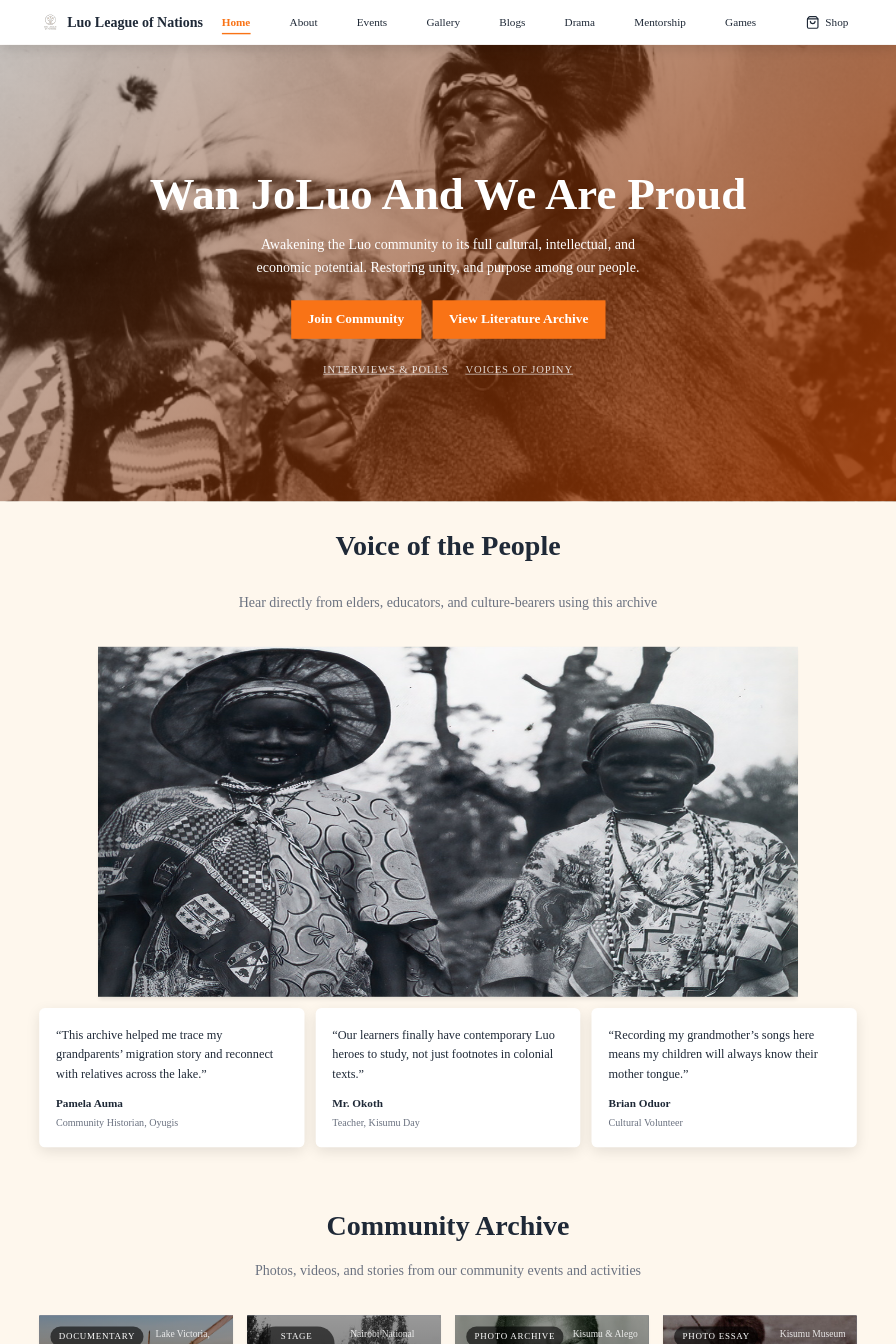
Repository: ianfranko/luo-community-history
Page: /
These files come from the project's save history. The page is drawn as it stood at one moment and after the next save; the edit follows.
The browser window is 1280 px wide. The pictures show the part of the page from y = 0 to 1920 px (the page is 4004 px tall before and 3999 px after), at 70% of full size.
The project was rebuilt for these pictures with package versions that can differ from the ones it lists, and the page was loaded fresh each time. The framework's server and built-in components were replaced by stand-ins that run in the browser. Also part of the build but not shown: next.config.ts.

Above is the page before, as saved 2025-11-23 07:19:10.

### src/app/layout.tsx
import type { Metadata } from "next";
import { Geist, Geist_Mono } from "next/font/google";
import "./globals.css";
import Layout from "@/components/Layout";

const geistSans = Geist({
  variable: "--font-geist-sans",
  subsets: ["latin"],
});

const geistMono = Geist_Mono({
  variable: "--font-geist-mono",
  subsets: ["latin"],
});

export const metadata: Metadata = {
  title: "Luo League of Nations",
  description: "Preserving and sharing the rich cultural heritage and history of the Luo people",
  icons: {
    icon: "/LLNLOGO.svg",
    shortcut: "/LLNLOGO.svg",
    apple: "/LLNLOGO.svg",
  },
};

export default function RootLayout({
  children,
}: Readonly<{
  children: React.ReactNode;
}>) {
  return (
    <html lang="en">
      <body
        className={`${geistSans.variable} ${geistMono.variable} antialiased`}
      >
        <Layout>{children}</Layout>
      </body>
    </html>
  );
}

### src/app/globals.css
/* Reset and base styles */
* {
  margin: 0;
  padding: 0;
  box-sizing: border-box;
}

:root {
  --primary-color: #f97316;
  --secondary-color: #eab308;
  --accent-color: #ea580c;
  --text-dark: #1f2937;
  --text-light: #6b7280;
  --bg-light: #fef7ed;
  --bg-white: #ffffff;
  --border-color: #e5e7eb;
  --shadow: 0 4px 6px -1px rgba(0, 0, 0, 0.1);
  --shadow-lg: 0 10px 15px -3px rgba(0, 0, 0, 0.1);
  --font-sans: var(--font-geist-sans), system-ui, -apple-system, sans-serif;
  --font-mono: var(--font-geist-mono), 'Courier New', monospace;

  /* New Colors */
  --forest-green: #2E7D32;
  --lake-blue: #0277BD;
  --cream: #F5F5DC;
}

body {
  font-family: var(--font-sans);
  line-height: 1.6;
  color: var(--text-dark);
  background-color: var(--bg-light);
}

/* Utility classes */
.container {
  max-width: 1200px;
  margin: 0 auto;
  padding: 0 1rem;
}

.flex {
  display: flex;
}

.flex-col {
  flex-direction: column;
}

.items-center {
  align-items: center;
}

.justify-center {
  justify-content: center;
}

.justify-between {
  justify-content: space-between;
}

.text-center {
  text-align: center;
}

.grid {
  display: grid;
}

.grid-cols-1 {
  grid-template-columns: repeat(1, minmax(0, 1fr));
}

.grid-cols-2 {
  grid-template-columns: repeat(2, minmax(0, 1fr));
}

.grid-cols-3 {
  grid-template-columns: repeat(3, minmax(0, 1fr));
}

.gap-2 {
  gap: 0.5rem;
}

.gap-4 {
  gap: 1rem;
}

.gap-6 {
  gap: 1.5rem;
}

.gap-8 {
  gap: 2rem;
}

.space-y-4 > * + * {
  margin-top: 1rem;
}

.space-y-6 > * + * {
  margin-top: 1.5rem;
}

.space-y-8 > * + * {
  margin-top: 2rem;
}

/* Typography */
.text-sm {
  font-size: 0.875rem;
}

.text-base {
  font-size: 1rem;
}

.text-lg {
  font-size: 1.125rem;
}

.text-xl {
  font-size: 1.25rem;
}

.text-2xl {
  font-size: 1.5rem;
}

.text-3xl {
  font-size: 1.875rem;
}

.text-4xl {
  font-size: 2.25rem;
}

.text-5xl {
  font-size: 11rem;
}

.font-semibold {
  font-weight: 600;
}

.font-bold {
  font-weight: 700;
}

/* Colors */
.text-primary {
  color: var(--primary-color);
}

.text-secondary {
  color: var(--secondary-color);
}

.text-gray-600 {
  color: var(--text-light);
}

.text-gray-700 {
  color: #374151;
}

.text-gray-800 {
  color: #1f2937;
}

.text-white {
  color: white;
}

.bg-primary {
  background-color: var(--primary-color);
}

.bg-secondary {
  background-color: var(--secondary-color);
}

.bg-white {
  background-color: var(--bg-white);
}

.bg-gradient {
  background: linear-gradient(135deg, var(--primary-color), var(--secondary-color));
}

/* New Color Utilities */
.text-forest-green {
  color: var(--forest-green);
}

.text-lake-blue {
  color: var(--lake-blue);
}

.bg-forest-green {
  background-color: var(--forest-green);
}

.bg-lake-blue {
  background-color: var(--lake-blue);
}

.bg-cream {
  background-color: var(--cream);
}

.border-forest-green {
  border-color: var(--forest-green);
}

.border-lake-blue {
  border-color: var(--lake-blue);
}

/* Spacing */
.p-4 {
  padding: 1rem;
}

.p-6 {
  padding: 1.5rem;
}

.p-8 {
  padding: 2rem;
}

.py-4 {
  padding-top: 1rem;
  padding-bottom: 1rem;
}

.py-8 {
  padding-top: 2rem;
  padding-bottom: 2rem;
}

.py-12 {
  padding-top: 3rem;
  padding-bottom: 3rem;
}

.py-16 {
  padding-top: 4rem;
  padding-bottom: 4rem;
}

.px-4 {
  padding-left: 1rem;
  padding-right: 1rem;
}

.px-6 {
  padding-left: 1.5rem;
  padding-right: 1.5rem;
}

.m-4 {
  margin: 1rem;
}

.mb-4 {
  margin-bottom: 1rem;
}

.mb-6 {
  margin-bottom: 1.5rem;
}

.mb-8 {
  margin-bottom: 2rem;
}

.mt-8 {
  margin-top: 2rem;
}

/* Border and shadow */
.rounded {
  border-radius: 0.25rem;
}

.rounded-lg {
  border-radius: 0.5rem;
}

.rounded-xl {
  border-radius: 0.75rem;
}

.shadow {
  box-shadow: var(--shadow);
}

.shadow-lg {
  box-shadow: var(--shadow-lg);
}

.border {
  border: 1px solid var(--border-color);
}

/* Button styles */
.btn {
  display: inline-flex;
  align-items: center;
  justify-content: center;
  padding: 0.75rem 1.5rem;
  border-radius: 0rem;
  font-weight: 600;
  text-decoration: none;
  transition: all 0.2s ease;
  cursor: pointer;
  border: none;
}

.btn-primary {
  background-color: var(--primary-color);
  color: white;
}

.btn-primary:hover {
  background-color: var(--accent-color);
  transform: translateY(-1px);
}

.btn-secondary {
  background-color: var(--secondary-color);
  color: white;
}

.btn-secondary:hover {
  background-color: #ca8a04;
  transform: translateY(-1px);
}

.btn-outline {
  background-color: transparent;
  color: var(--primary-color);
  border: 2px solid var(--primary-color);
}

.btn-outline:hover {
  background-color: var(--primary-color);
  color: white;
}

/* Card styles */
.card {
  background-color: var(--bg-white);
  border-radius: 0rem;
  box-shadow: var(--shadow);
  overflow: hidden;
  transition: transform 0.2s ease, box-shadow 0.2s ease;
}

.card:hover {
  transform: translateY(-2px);
  box-shadow: var(--shadow-lg);
}

.card-body {
  padding: 1.5rem;
}

.card-title {
  font-size: 1.25rem;
  font-weight: 600;
  margin-bottom: 0.5rem;
}

.card-text {
  color: var(--text-light);
  line-height: 1.6;
}

/* Responsive design */
@media (min-width: 768px) {
  .md\:grid-cols-2 {
    grid-template-columns: repeat(2, minmax(0, 1fr));
  }

  .md\:grid-cols-3 {
    grid-template-columns: repeat(3, minmax(0, 1fr));
  }

  .md\:flex {
    display: flex;
  }

  .md\:flex-row {
    flex-direction: row;
  }

  .md\:justify-center {
    justify-content: center;
  }

  .md\:gap-4 {
    gap: 1rem;
  }

  .md\:flex-wrap {
    flex-wrap: wrap;
  }

  .md\:text-left {
    text-align: left;
  }

  .md\:px-6 {
    padding-left: 1.5rem;
    padding-right: 1.5rem;
  }

  .md\:py-16 {
    padding-top: 4rem;
    padding-bottom: 4rem;
  }
}

@media (min-width: 1024px) {
  .lg\:grid-cols-3 {
    grid-template-columns: repeat(3, minmax(0, 1fr));
  }

  .lg\:grid-cols-4 {
    grid-template-columns: repeat(4, minmax(0, 1fr));
  }

  .lg\:px-8 {
    padding-left: 2rem;
    padding-right: 2rem;
  }

  .lg\:py-20 {
    padding-top: 5rem;
    padding-bottom: 5rem;
  }
}

/* Hero section styles */
.hero {
  background: linear-gradient(135deg, rgba(51, 23, 3, 0.2), rgba(156, 56, 3, 0.9)),
              url('/COLLECTIE_TROPENMUSEUM_Luo_dansers_in_krijgskostuum_tijdens_de_Eldoret_Agricultural_Show_TMnr_20014318.jpg') center/cover no-repeat;
  color: white;
  font-size: larger;
  padding: 11rem 1rem; /* base padding for desktop */
  position: relative;
  overflow: hidden;
}

.hero::before {
  content: '';
  position: absolute;
  inset: 0;
  background:
    rgba(0, 0, 0, 0.85),
    url("data:[embedded picture, 296 characters]");
  background-size: cover;
  pointer-events: none;
  z-index: 1;
}

.hero > * {
  position: relative;
  z-index: 2;
}

.hero-content {
  position: relative;
  z-index: 1;
  max-width: 900px;
  margin: 0 auto;
  text-align: center;
}

/* Scalable heading and text */
.hero-content h1 {
  font-size: clamp(2rem, 5vw, 4rem);
  font-weight: 700;
  line-height: 1.2;
  margin-bottom: 1rem;
}

.hero-content p {
  font-size: clamp(1rem, 2.5vw, 1.25rem);
  line-height: 1.6;
  margin-bottom: 2rem;
}

/* Mobile-specific adjustments */
@media (max-width: 767px) {
  .hero {
    padding: 6rem 1rem;
  }

  .hero-content {
    text-align: center;
  }

  .hero-content h1 {
    font-size: clamp(1.5rem, 6vw, 3rem);
  }

  .hero-content p {
    font-size: clamp(0.9rem, 4vw, 1.1rem);
  }
}


/* Search styles */
.search-container {
  position: relative;
  max-width: 500px;
  margin: 0 auto;
}

.search-input {
  width: 100%;
  padding: 1rem 1.5rem;
  border-radius: 2rem;
  border: none;
  background-color: rgba(255, 255, 255, 0.9);
  font-size: 1rem;
  outline: none;
  transition: all 0.2s ease;
}

.search-input:focus {
  background-color: white;
  box-shadow: 0 0 0 3px rgba(249, 115, 22, 0.3);
}

.search-button {
  position: absolute;
  right: 0.5rem;
  top: 50%;
  transform: translateY(-50%);
  background-color: var(--primary-color);
  border: none;
  border-radius: 50%;
  width: 2.5rem;
  height: 2.5rem;
  display: flex;
  align-items: center;
  justify-content: center;
  cursor: pointer;
  transition: background-color 0.2s ease;
}

.search-button:hover {
  background-color: var(--accent-color);
}

/* Section styles */
.section {
  padding: 4rem 0;
}

.section-title {
  font-size: 2.5rem;
  font-weight: 700;
  text-align: center;
  margin-bottom: 1rem;
  color: var(--text-dark);
}

.section-subtitle {
  font-size: 1.25rem;
  text-align: center;
  color: var(--text-light);
  margin-bottom: 3rem;
  max-width: 600px;
  margin-left: auto;
  margin-right: auto;
}

.cta-card {
  background: rgba(255, 255, 255, 0.08);
  border: 1px solid rgba(255, 255, 255, 0.2);
  border-radius: 20px;
  padding: 2rem;
  backdrop-filter: blur(12px);
  box-shadow: 0 25px 45px rgba(0, 0, 0, 0.25);
  color: white;
  text-align: left;
}

.cta-card-orange {
  background: linear-gradient(135deg, rgba(249, 116, 22, 0.551), rgba(234, 88, 12, 0.85));
  backdrop-filter: blur(10px);
  color: white;
  border-radius: 16px;
  box-shadow: 0 10px 25px rgba(0,0,0,0.25);
}



.cta-stat {
  font-size: clamp(2.5rem, 4vw, 3.5rem);
  font-weight: 700;
  line-height: 1;
}

.cta-label {
  margin-top: 0.75rem;
  font-size: 0.95rem;
  letter-spacing: 0.12em;
  text-transform: uppercase;
  color: rgba(255, 255, 255, 0.85);
}

.cta-body {
  margin-top: 1rem;
  font-size: 1.05rem;
  line-height: 1.6;
  color: rgba(255, 255, 255, 0.95);
}

/* Feature grid */
.feature-grid {
  display: grid;
  grid-template-columns: repeat(auto-fit, minmax(300px, 2fr));
  gap: 2rem;
  margin-top: 3rem;
}

.feature-card {
  background-color: var(--bg-white);
  padding: 2rem;
  border-radius: 0rem;
  box-shadow: var(--shadow);
  text-align: center;
  transition: transform 0.2s ease, box-shadow 0.2s ease;
}

.feature-card:hover {
  transform: translateY(-4px);
  box-shadow: var(--shadow-lg);
}

.gallery-card-image {
  width: 100%;
  height: 200px;
  margin-bottom: 1.5rem;
  border-radius: 0rem;
  overflow: hidden;
  background-color: #0f172a;
  position: relative;
}

.feature-icon {
  width: 4rem;
  height: 4rem;
  background: var(--bg-gradient);
  border-radius: 50%;
  display: flex;
  align-items: center;
  justify-content: center;
  margin: 0 auto 1.5rem;
  color: white;
}

.feature-title {
  font-size: 1.5rem;
  font-weight: 600;
  margin-bottom: 1rem;
  color: var(--text-dark);
}

.feature-description {
  color: var(--text-light);
  line-height: 1.6;
}

/* Testimonials grid */
.testimonial-grid {
  display: grid;
  grid-template-columns: repeat(auto-fit, minmax(280px, 1fr));
  gap: 1.5rem; /* slightly reduced for small screens */
  margin-top: 3rem;
  padding: 0 1rem;
}

.testimonial-card {
  background-color: var(--bg-white);
  padding: 1.5rem; /* reduced padding for mobile */
  border-radius: 0.5rem; /* slight rounding for touch-friendly */
  box-shadow: 0 6px 20px rgba(0,0,0,0.1);
  transition: transform 0.3s ease, box-shadow 0.3s ease;
  position: relative;
  overflow: hidden;
}

.testimonial-quote {
  font-size: clamp(0.95rem, 2.5vw, 1.1rem);
  line-height: 1.6;
  margin-bottom: 1rem;
}

.testimonial-author {
  margin-top: 0.5rem;
}

.author-name {
  font-weight: 600;
  color: var(--text-dark);
  font-size: clamp(0.9rem, 2vw, 1rem);
}

.author-title {
  font-size: clamp(0.8rem, 1.8vw, 0.9rem);
  color: var(--text-light);
}

/* Optional: reduce gap on very small devices */
@media (max-width: 480px) {
  .testimonial-grid {
    gap: 1rem;
  }

  .testimonial-card {
    padding: 1rem;
  }
}

/* Stats section */
/* ========================= */
/* STATS SECTION RESPONSIVE  */
/* ========================= */
.stats-grid {
  display: grid;
  grid-template-columns: repeat(auto-fit, minmax(180px, 1fr));
  gap: 1.5rem; /* smaller gap for mobile */
  margin-top: 3rem;
  padding: 0 1rem; /* ensure padding on small screens */
}

.stat-item {
  text-align: center;
  padding: 1rem 1.5rem; /* slightly smaller padding for mobile */
  background-color: var(--bg-white);
  border-radius: 0.5rem;
  box-shadow: var(--shadow);
  transition: transform 0.2s ease, box-shadow 0.2s ease;
}

.stat-item:hover {
  transform: translateY(-4px);
  box-shadow: var(--shadow-lg);
}

.stat-number {
  font-size: clamp(2rem, 5vw, 3rem); /* scales from mobile to desktop */
  font-weight: 700;
  color: var(--primary-color);
  display: block;
  line-height: 1.2;
}

.stat-label {
  font-size: clamp(0.9rem, 2.5vw, 1.1rem); /* scales nicely */
  color: var(--text-light);
  margin-top: 0.5rem;
}

/* Extra small devices adjustments */
@media (max-width: 480px) {
  .stats-grid {
    gap: 1rem;
  }

  .stat-item {
    padding: 0.75rem 1rem;
  }
}


/* Navigation styles */
.header-nav {
  display: none;
}

.desktop-nav-links {
  display: flex;
  gap: 2rem;
  align-items: center;
}

.menu-toggle {
  display: block;
}

.nav-link {
  color: var(--text-dark);
  text-decoration: none;
  font-weight: 500;
  transition: color 0.2s ease;
  display: flex;
  align-items: center;
  gap: 0.5rem;
  padding: 0.5rem 0.75rem;
  border-radius: 0.5rem;
  position: relative;
}

.nav-link:hover {
  color: var(--primary-color);
}

.nav-link-active {
  color: var(--primary-color);
  font-weight: 600;
}

.nav-link.nav-link-active::after {
  content: '';
  position: absolute;
  left: 0.75rem;
  right: 0.75rem;
  bottom: 0.25rem;
  height: 2px;
  background-color: var(--primary-color);
}

.nav-link-mobile.nav-link-active {
  color: var(--primary-color);
  font-weight: 600;
}

.nav-link-mobile {
  display: flex;
  align-items: center;
  gap: 0.5rem;
  padding: 0.75rem;
  color: var(--text-dark);
  text-decoration: none;
  border-radius: 0.5rem;
  transition: color 0.2s ease;
}

.nav-link-mobile:hover {
  color: var(--primary-color);
}

.mobile-nav {
  width: 100%;
  background-color: var(--bg-white);
  border-top: 1px solid var(--border-color);
  box-shadow: var(--shadow);
  animation: mobileNavReveal 0.2s ease;
}

@keyframes mobileNavReveal {
  from {
    opacity: 0;
    transform: translateY(-8px);
  }
  to {
    opacity: 1;
    transform: translateY(0);
  }
}

@media (min-width: 768px) {
  .header-nav {
    display: flex;
  }

  .menu-toggle {
    display: none;
  }

  .mobile-nav {
    display: none;
  }
}

/* Footer styles */
.footer {
  background-color: var(--text-dark);
  color: white;
  padding: 3rem 0 1rem;
}

.footer-content {
  display: grid;
  grid-template-columns: repeat(auto-fit, minmax(250px, 1fr));
  gap: 2rem;
  margin-bottom: 2rem;
}

.footer-section h3 {
  font-size: 1.25rem;
  font-weight: 600;
  margin-bottom: 1rem;
}

.footer-section ul {
  list-style: none;
}

.footer-section li {
  margin-bottom: 0.5rem;
}

.footer-section a {
  color: #9ca3af;
  text-decoration: none;
  transition: color 0.2s ease;
}

.footer-section a:hover {
  color: var(--primary-color);
}

.footer-bottom {
  border-top: 1px solid #374151;
  padding-top: 1rem;
  text-align: center;
  color: #9ca3af;
}

Loaded but not shown: src/app/page.tsx (489 lines, source omitted); src/components/Layout.tsx (231 lines, source omitted)

After the next save:
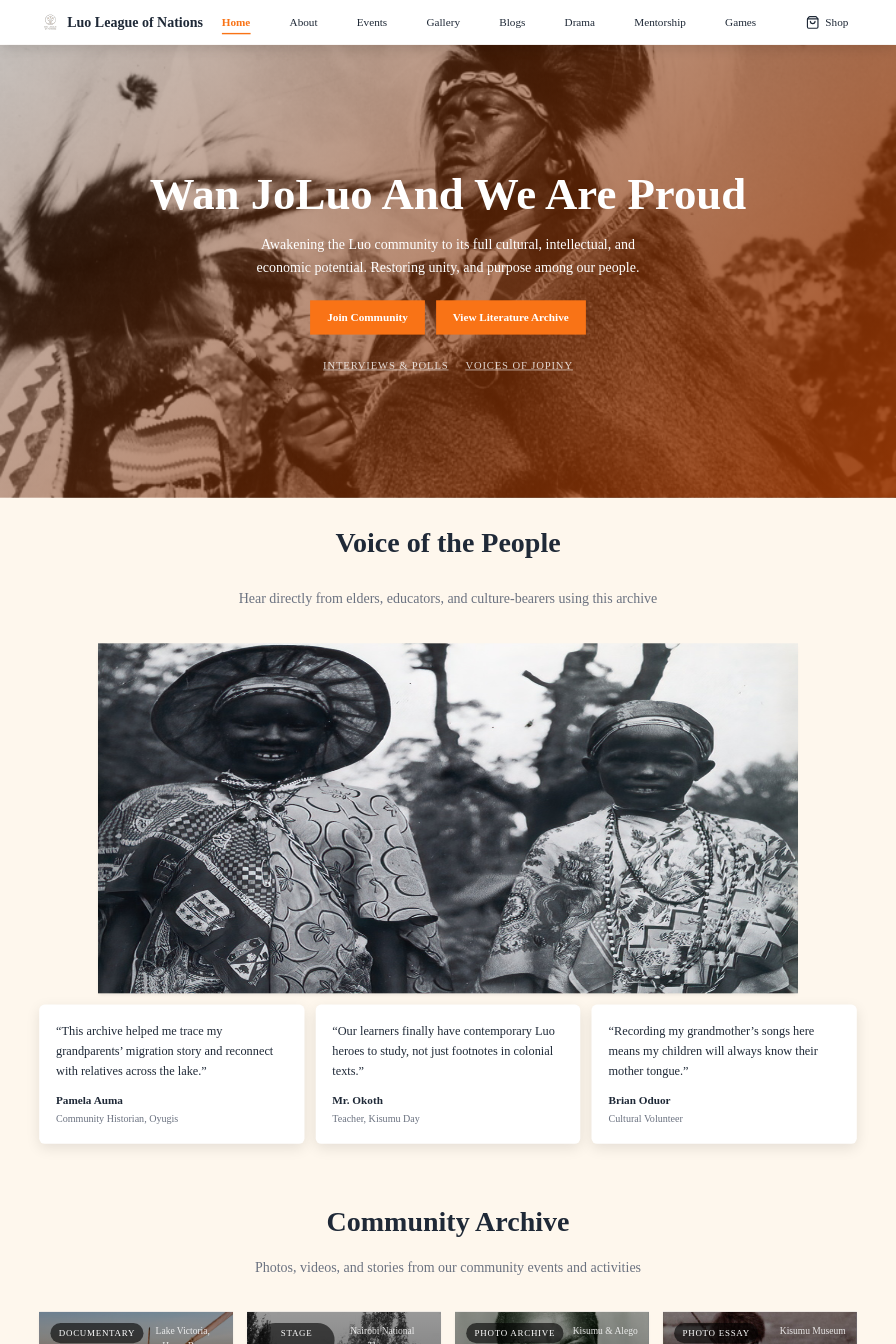
Saved 29 s later.
--- a/src/app/globals.css
+++ b/src/app/globals.css
@@ -450,7 +450,6 @@ body {
   background: linear-gradient(135deg, rgba(51, 23, 3, 0.2), rgba(156, 56, 3, 0.9)),
               url('/COLLECTIE_TROPENMUSEUM_Luo_dansers_in_krijgskostuum_tijdens_de_Eldoret_Agricultural_Show_TMnr_20014318.jpg') center/cover no-repeat;
   color: white;
-  font-size: larger;
   padding: 11rem 1rem; /* base padding for desktop */
   position: relative;
   overflow: hidden;
